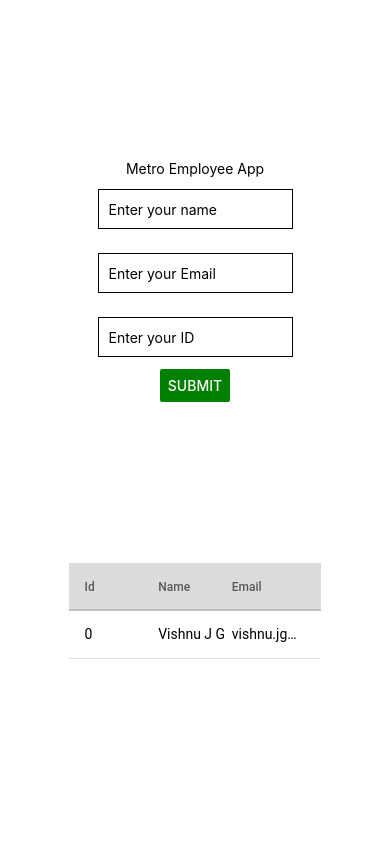
Repository: VishnuJG/Metro-Employee-App
Screen: /
The author's editor kept a copy of each file at every save. The screen is drawn from the files as they stood at one save, then again after the next save.
The app was drawn by React Native's web renderer in a window 390 px wide. The project was rebuilt for these pictures with package versions that can differ from the ones it lists, and the page was loaded fresh each time. Some packages were replaced by stand-ins written for this rebuild. Also part of the build but not shown: components/Task.js.

Above is the screen before, as saved 2022-06-28 14:56:31.

After the next save:
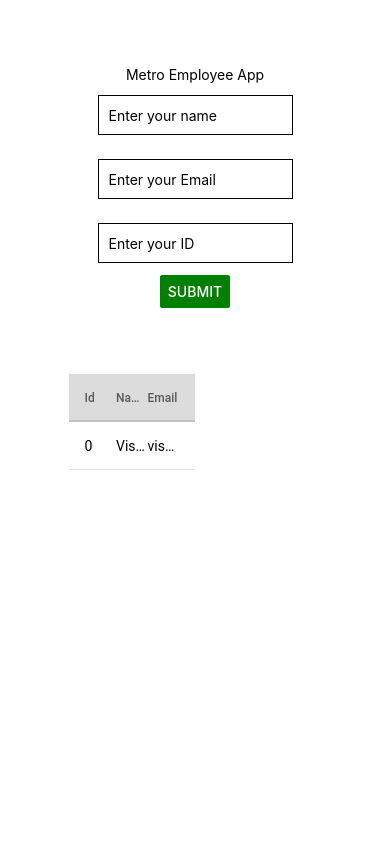
Saved 118 s later.
--- a/App.js
+++ b/App.js
@@ -70,7 +70,7 @@ export default function App() {
         {/* <View style={{flex:0.5, flexDirection: 'column'}}>
         {emp.map((newid)=>(<Task key={newid.id} ename={newid.name} eid={newid.id} eemail={newid.email}/>))}
         </View> */}
-        <ScrollView style={{flex:0.5}}>
+        <ScrollView horizontal>
         <DataTable style={{flex:0.5, flexDirection: 'column', justifyContent: 'flex-start',}} >
           <DataTable.Header style={styles.tableHeader}>
             <DataTable.Title>Id</DataTable.Title>
